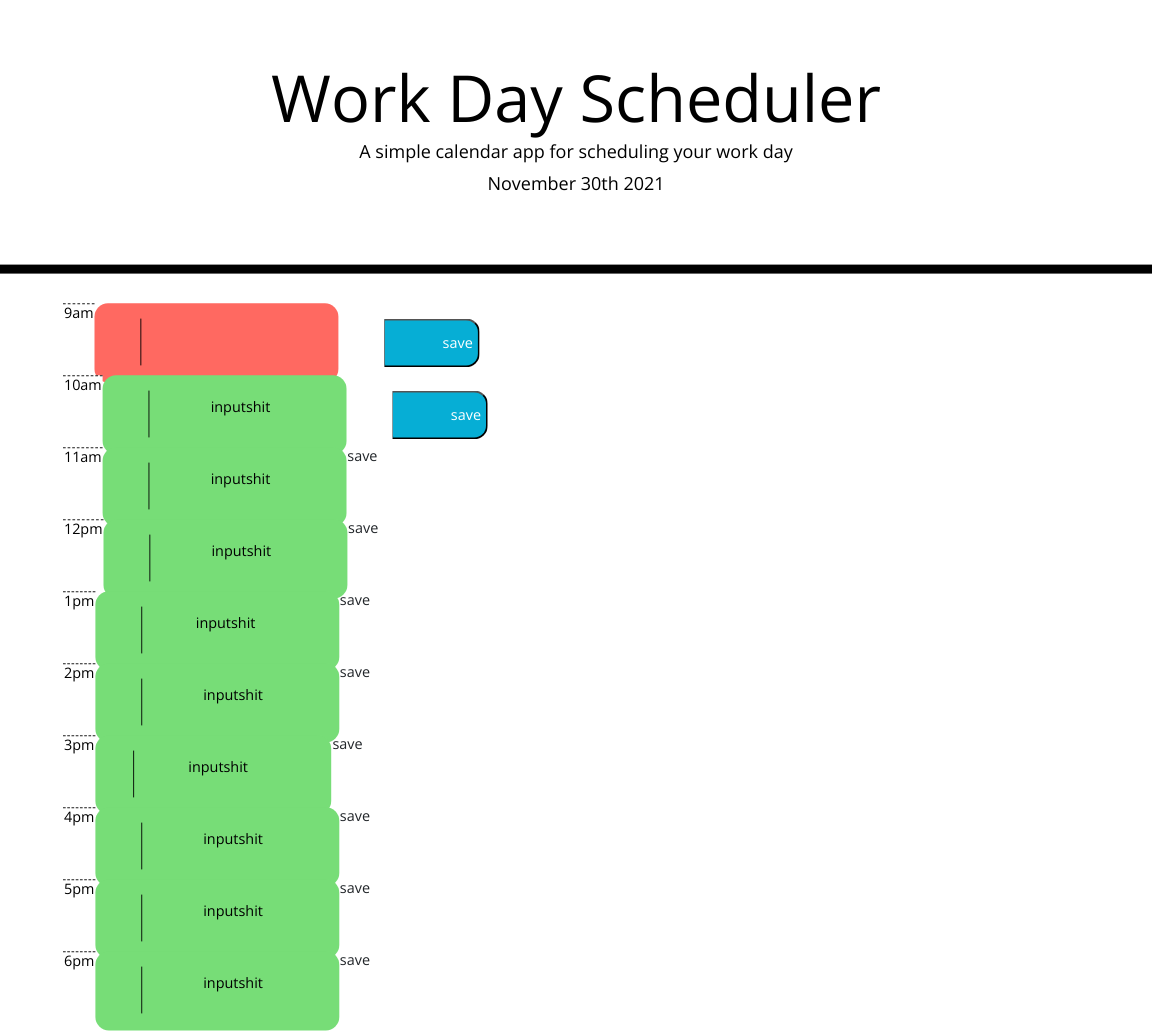
Repository: Naomilounsbury/work-day-scheduler
Page: index.html
The author's editor kept a copy of each file at every save. The page is drawn from the files as they stood at one save, then again after the next save.
The browser window is 1280 px wide. The pictures show the whole page, at 90% of full size.
Some web libraries are served in a nearby version.

Above is the page before, as saved 2021-12-03 09:49:52.

After the next save:
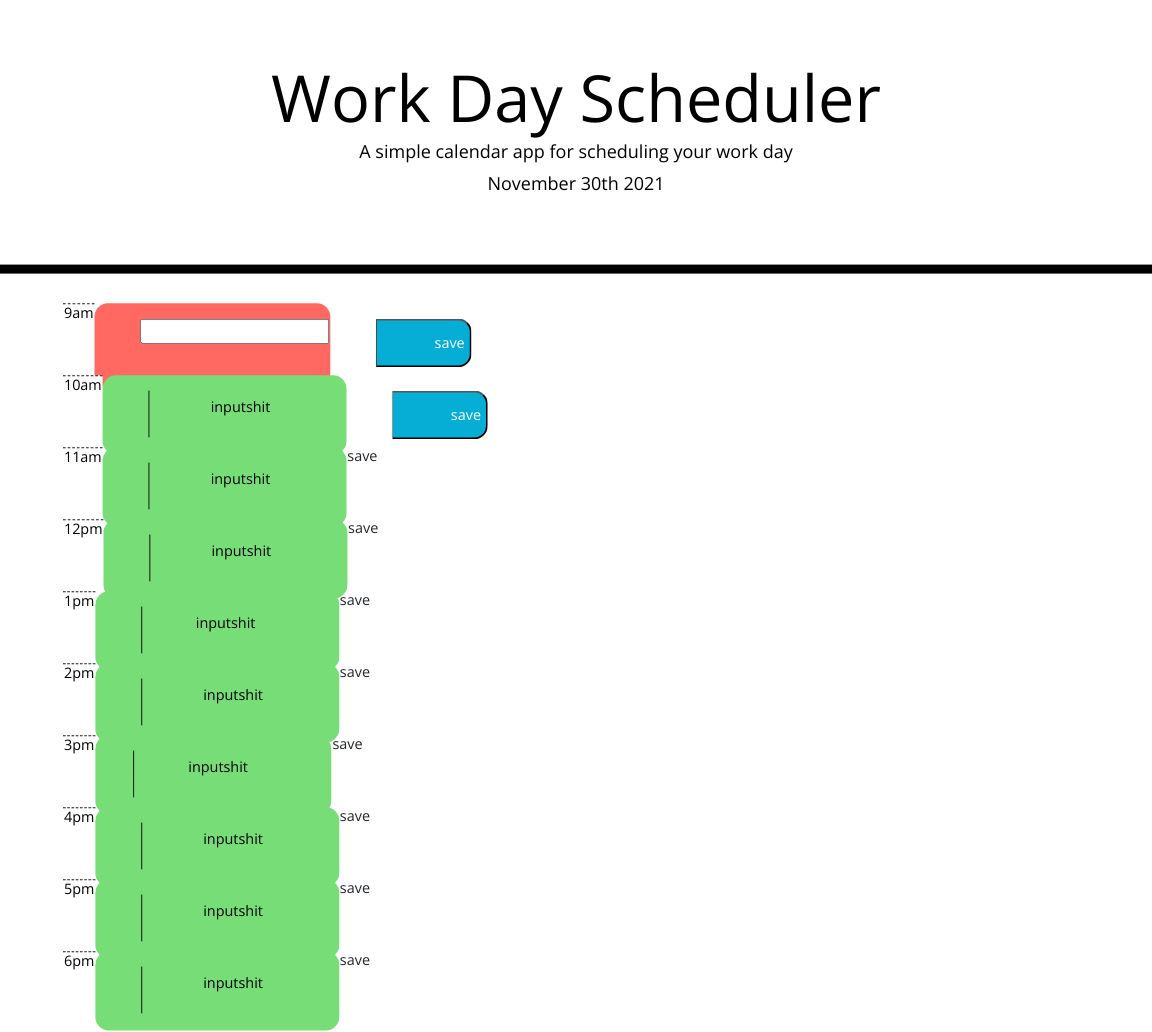
Saved 6 min 16 s later.
--- a/index.html
+++ b/index.html
@@ -34,9 +34,9 @@
         <tr class="row">
           <td class="hour">9am</td>
           <td class="time-block" id="9">
-            <textarea id = "btn9">
+            <input id="btn9" type="text">
 
-          </textarea>
+          </input>
           </td>
 
           <td>

After the 2 saves that followed:
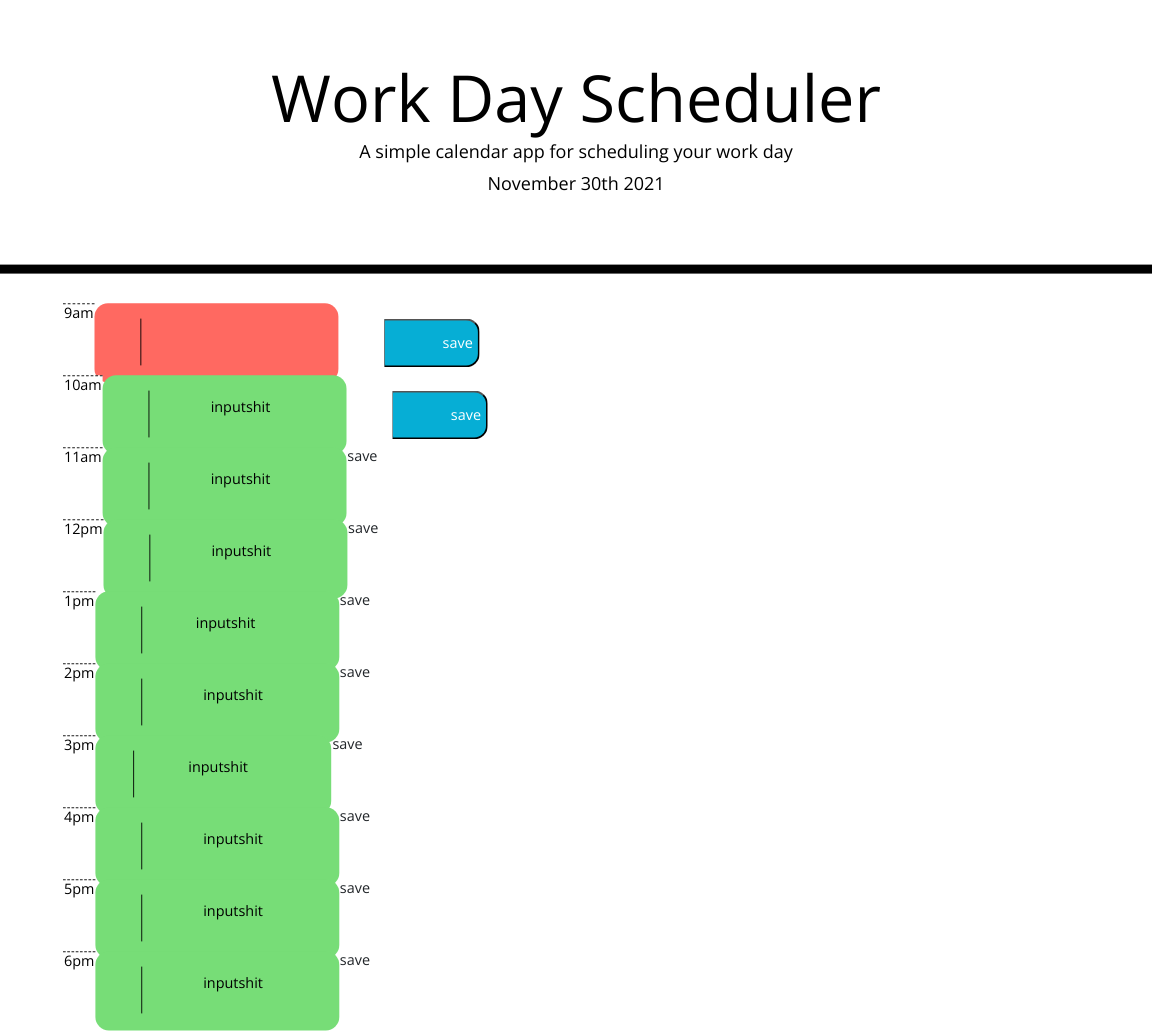
The 2 saves are shown as one change because 1 left the picture as it was.
The last was saved 2 min 32 s later.
--- a/index.html
+++ b/index.html
@@ -34,9 +34,9 @@
         <tr class="row">
           <td class="hour">9am</td>
           <td class="time-block" id="9">
-            <input id="btn9" type="text">
+            <textarea id="btn9" type="text">
 
-          </input>
+          </textarea>
           </td>
 
           <td>
--- a/assets/js/script.js
+++ b/assets/js/script.js
@@ -47,7 +47,7 @@ var onSave = function(event){
     //we are using backticks here hecause we want to dynamically change the id and if they click on 10, we want the id to reflect number 10
     //inside the ${} is code that will later be evaulated to a string depending on the button clicked
     console.log(document.querySelector(`#btn${event.target.value}`).value)
-    if(document.querySelector(`#btn${event.target.id}`).value){
+    if(document.querySelector(`#btn${event.target.value}`).value){
         //originally put event.target.id but then we realized we didn't have a id on the freaken button but
         //what we did have was a value so we did .value
         var timeBlockEvent = document.querySelector(`#btn${event.target.value}`).value
